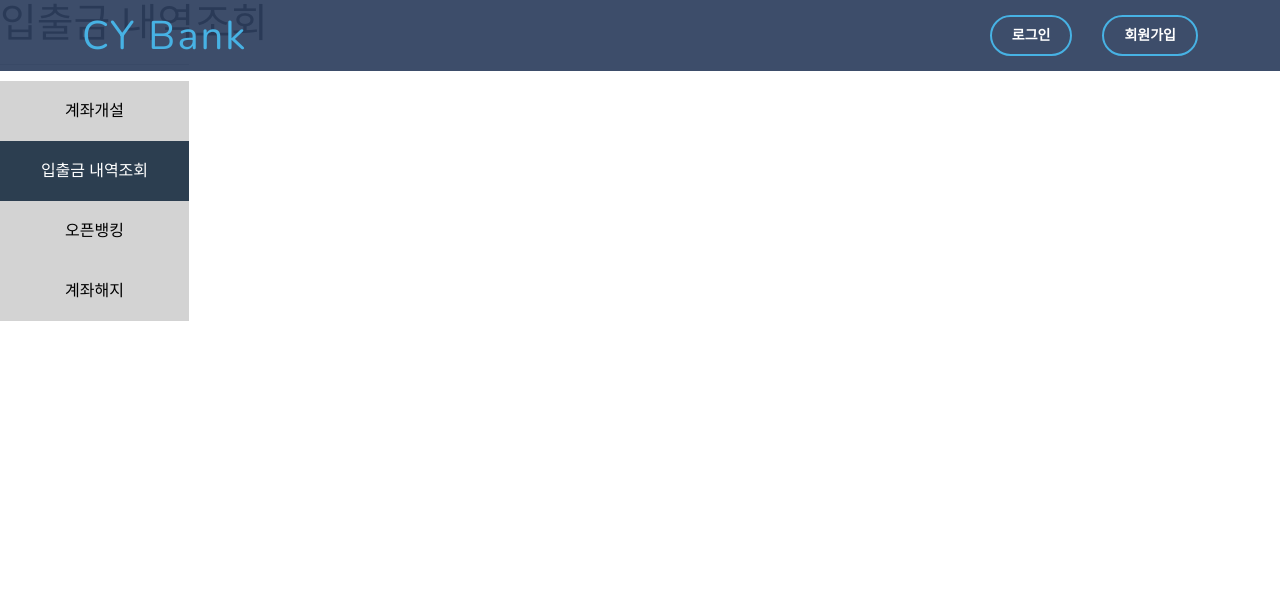
Repository: scy0814/Spring
Page: http://localhost/CYBank/jsp/transaction/TransactionHistory.jsp
The author's editor kept a copy of each file at every save. The page is drawn from the files as they stood at one save, then again after the next save.
The browser window is 1280 px wide. The pictures show the whole page.
The page is served by Tomcat 9.

Above is the page before, as saved 2023-06-29 09:33:01.

After the next save:
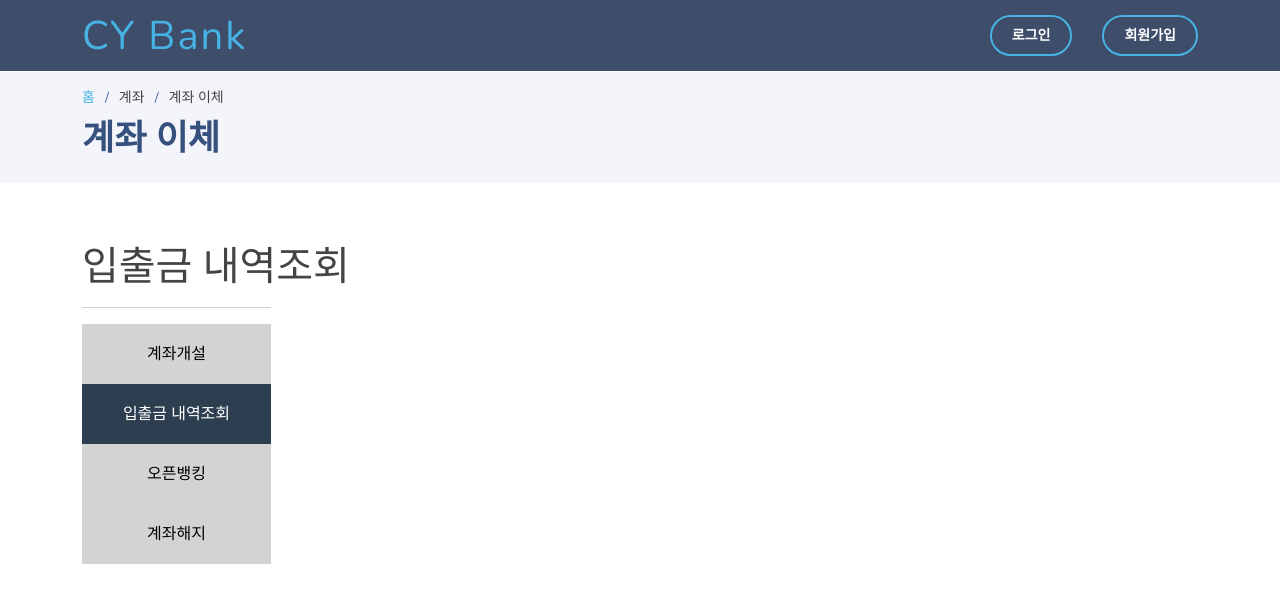
Saved 19 s later.
--- a/CYBank/src/main/webapp/jsp/transaction/TransactionHistory.jsp
+++ b/CYBank/src/main/webapp/jsp/transaction/TransactionHistory.jsp
@@ -35,6 +35,22 @@
 <jsp:include page="/jsp/include/header.jsp" />
 </header>
 <body>
+<section id="breadcrumbs" class="breadcrumbs">
+      <div class="container">
+
+        <ol>
+          <li><a href="/index.jsp">홈</a></li>
+          <li>계좌</li>
+          <li>계좌 이체</li>
+        </ol>
+        <h2 style="font-size : 35px;">계좌 이체</h2>
+
+      </div>
+    </section><!-- End Breadcrumbs -->
+
+    <section class="inner-page">
+      <div class="container">
+
 	<h1 class="MyAccount">입출금 내역조회</h1>
 	<hr class="myHr" />
 
@@ -53,5 +69,7 @@
   <form action="${pageContext.request.contextPath}/closeAccount.do" method="post">
     <button type="submit" class="button">계좌해지</button>
   </form>
+  </div>
+  </section>
 </body>
 </html>
